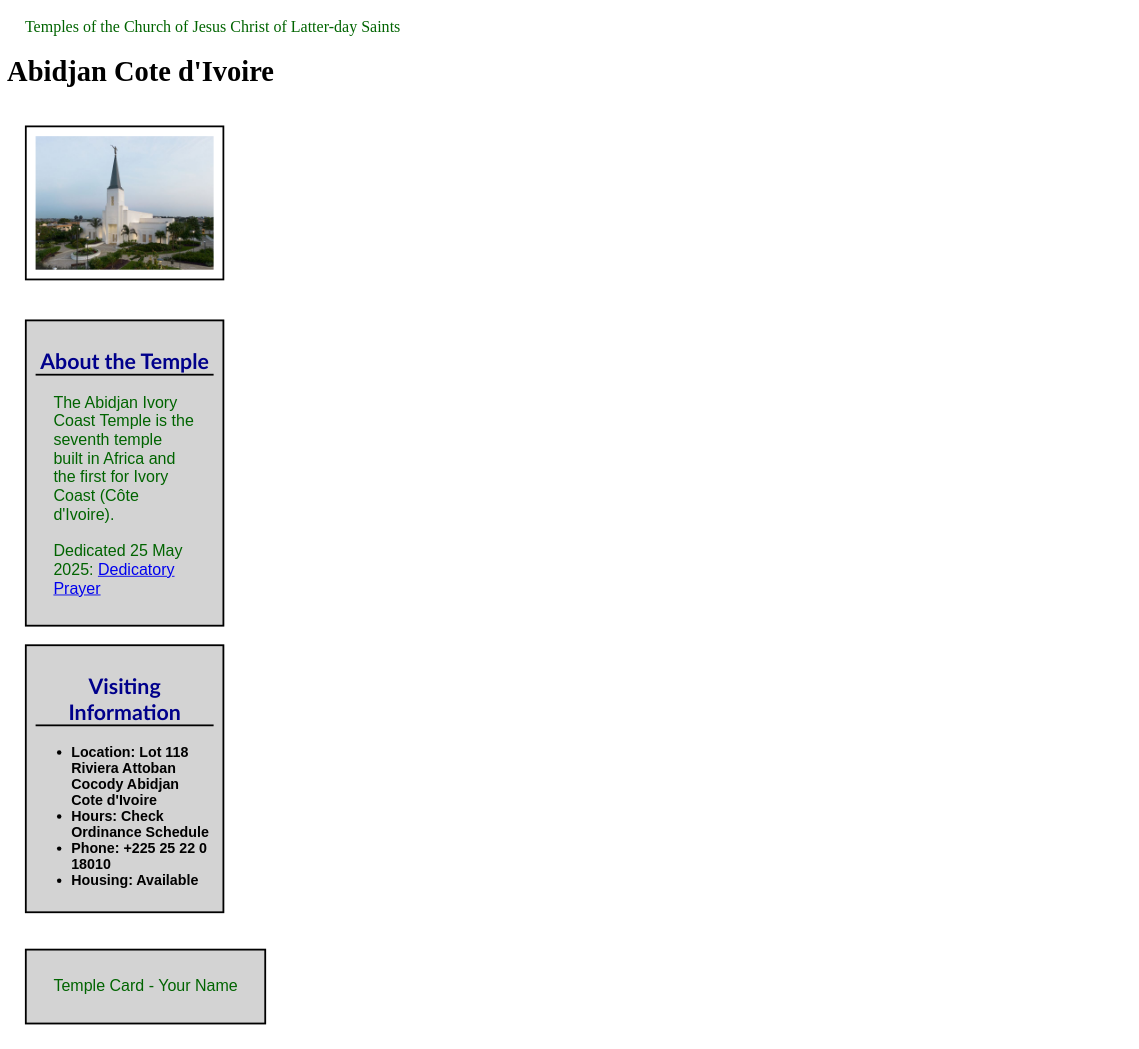
Repository: NoblesNigeria/wdd130
Page: week02/temple.html
An editor plug-in stored every save of this project. The page is shown before and after the next save, followed by the edit.
The browser window is 1280 px wide. The pictures show the whole page, at 89% of full size.

Above is the page before, as saved 2025-09-05 19:54:42.

### week02/temple.html
<!DOCTYPE html>
<html lang="en">

<head>
    <meta charset="UTF-8">
    <meta name="viewport" content="width=device-width, initial-scale=1.0">
    <title>Temple Card - Abidjan Cote d'Ivoire</title>
    <link rel="stylesheet" href="styles/temple.css">
</head>

<body>
    <header>
        <p>Temples of the Church of Jesus Christ of Latter-day Saints</p>
    </header>
    <main>
        <h1>Abidjan Cote d'Ivoire</h1>
        <picture>
            <img src="images/abidjan-ivory-coast.jpeg" alt="Abidjan Cote d'Ivoire Temple">
        </picture>
        <section>
            <h2>About the Temple</h2>
            <p>The Abidjan Ivory Coast Temple is the seventh temple built in Africa and the first for Ivory Coast (Côte
                d'Ivoire).</p>
            <p>Dedicated 25 May 2025: <a
                    href="https://www.churchofjesuschrist.org/temples/dedicatory-prayer/abidjan-ivory-coast-temple/2025-05-25?lang=eng"
                    target="_blank" rel="noopener noreferrer">Dedicatory Prayer</a></p>
        </section>
        <section>
            <h2>Visiting Information</h2>
            <ul>
                <li>Location: Lot 118 Riviera Attoban Cocody Abidjan Cote d'Ivoire</li>
                <li>Hours: Check Ordinance Schedule</li>
                <li>Phone: +225 25 22 0 18010</li>
                <li>Housing: Available</li>
            </ul>
        </section>
    </main>
    <footer>
        <p>Temple Card - Your Name</p>
    </footer>
</body>

</html>

### week02/styles/temple.css
img{
    width: 200px;
    height: auto;
    padding: 10px;
    border: 2px solid black;
    margin: 20px;
}
section{
    text-align: center;
    font-family: Arial, Helvetica, sans-serif;
    background-color: lightgrey;
    border: 2px solid black;
    margin: 20px;
    padding: 10px;
    width: 200px;
    height: auto;
}
h2{
    text-align: center;
    font-family: 'Gill Sans', 'Gill Sans MT', Calibri, 'Trebuchet MS', sans-serif;
    color: darkblue;
    border-bottom: 2px solid black;
}
p{
    font-size: 30px;
    font-size: 18px;
    color: darkgreen;
    text-align: left;
    margin: 20px;
}
ul{
    text-decoration: none;
    color: black;
    font-weight: bold;
    text-align: left;

}
footer{
    text-align: center;
    font-family: Arial, Helvetica, sans-serif;
    background-color: lightgrey;
    border: 2px solid black;
    margin: 20px;
    padding: 10px;
    width: auto;
    height: auto;
    display: inline-block;
}

After the next save:
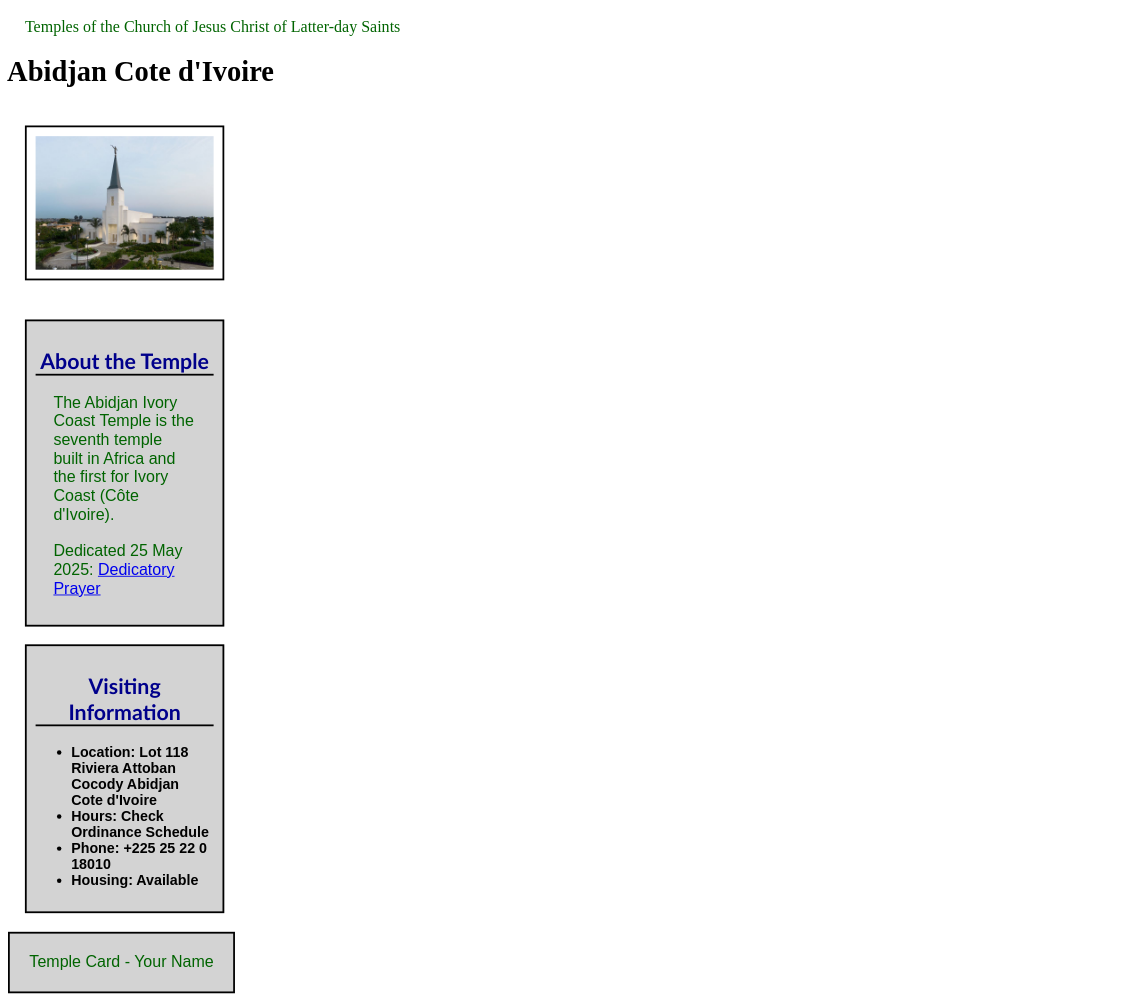
Saved 67 s later.
--- a/week02/styles/temple.css
+++ b/week02/styles/temple.css
@@ -40,8 +40,8 @@
     font-family: Arial, Helvetica, sans-serif;
     background-color: lightgrey;
     border: 2px solid black;
-    margin: 20px;
-    padding: 10px;
+    margin: 1px;
+    padding: 2px;
     width: auto;
     height: auto;
     display: inline-block;
